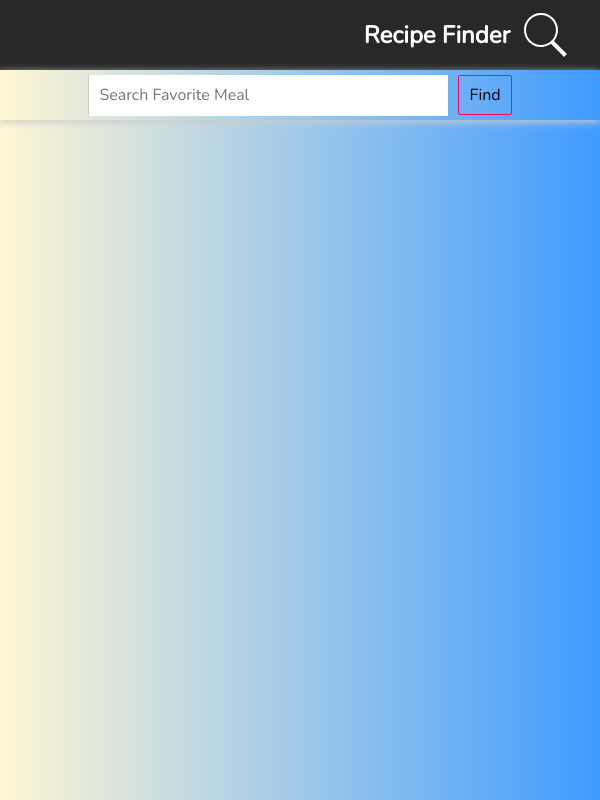
Repository: burntaftermint/recipes
Page: index.html
The author's editor kept a copy of each file at every save. The page is drawn from the files as they stood at one save, then again after the next save.
The browser window is 600 px wide. The pictures show the whole page.
The page's requests for data from a server got no answer.

Above is the page before, as saved 2023-11-07 03:37:16.

### index.html
<!DOCTYPE html>
<html lang="en">
<head>
    <meta charset="UTF-8">
    <meta name="viewport" content="width=device-width, initial-scale=1.0">
    <title>Recipe Finder</title>
    <link rel="stylesheet" href="style.css">
    <script src="app.js" defer></script>
</head>
<body>
    <header>
        <h2>Recipe Finder</h2>
        <img src="images/search.svg" alt="Search">
    </header>
    <section class="container">
        <div id="loading"></div>
        <div class="search">
            <input id="txtSearch" type="text" placeholder="Search Favorite Meal" autofocus>
            <button class="btn">Find</button>
        </div>
        <div id="recipe-container">

</div>
    </section>
</body>
</html>

### style.css
@import url('https://fonts.googleapis.com/css2?family=Architects+Daughter&family=Kumbh+Sans:wght@400;700&family=Montserrat:ital,wght@0,100;0,200;0,300;0,400;0,500;0,600;0,700;0,800;0,900;1,100;1,200;1,300;1,400;1,500;1,600;1,700;1,800;1,900&family=Nunito&family=Roboto:wght@300&family=Rubik:wght@400;500;600;700;800&display=swap');
:root {
    --light-color: #fff;
    --dark-color: #282828;
    --header-height: 70px;
    --search-height: 50px;
    --border-color: #ccc;
}
* {
    margin: 0;
    padding: 0;
    box-sizing: border-box;
    font-family: 'Nunito', sans-serif;
}

body {
    height: 100vh;
    width: 100vw;
    background: linear-gradient(to right, #fff6d4, #3f9bfe);
    overflow: hidden;
}

.container {
    text-align: center;
    height: calc(100vh - var(--header-height));
}

header {
    height: var(--header-height);
    background: var(--dark-color);
    display: flex;
    align-items: center;
    justify-content: flex-end;
    color: var(--light-color);
    gap: 10px;
    padding-right: 30px;
}

header img {
    filter: invert(1);
}

.search {
    display: flex;
    justify-content: center;
    align-items: center;
    height: var(--search-height);
    gap: 10px;
    box-shadow: 0px 2px 8px 0px var(--border-color);
}

.search input[type="text"] {
    padding: 8px 10px;
    line-height: 1.5;
    font-size: 1rem;
    border: none;
    border-left: 1px solid var(--border-color);
    border-bottom: 1px solid transparent;
    outline: none;
    transition: all 200ms ease-in-out;
    width: 60%;

}

.search input[type="text"] :focus {
    border-left-color: transparent;
    border-bottom-color: var(--border-color);
    width: 61%;
}

.btn {
    padding: 8px 10px;
    background: transparent;
    border-radius: 2px;
    user-select: none;
    font-size: 1rem;
    border: 1px solid #ff005d;
    cursor: pointer;
}

.btn:hover {
    background: #ff005d;
    border-color: var(--light-color);
}

#recipe-container {
    display: flex;
    justify-content: center;
    align-items: flex-start;
    flex-wrap: wrap;
    height: calc(100vh - (var(--header-height) + var(--search-height) + 20px));
    overflow: hidden;
    overflow-y: auto;
}

.recipe {
    height: 300px;
    width: 300px;
    padding: 8px;
    box-shadow: 0px 0px 8px 2px #282828;
    margin: 20px;
    transition: all 200ms ease-in-out;
    border-radius: 4px 4px 0px 0px;

}

.recipe-title {
    height: 70px;
    display: flex;
    align-items: center;
    justify-content: center;
    font-size: 1rem;
    padding: 5px;
}

.recipe-image {
    height: 210px;
}

.recipe-image img {
    height: 100%;
    width: 100%;
}

.recipe-text {
    height: 0px;
    visibility: hidden;
    opacity: 0;
    transition: all 200ms ease-in-out;
    background: #ccc;
    margin-top: 20px;
    overflow: hidden;
    overflow-y: auto;
    transform: scale(.8);
    transform-origin: top left;
}

.recipe-text ul {
    list-style-type: circle;
    list-style-position: inside;
    text-align: left;
    padding: 5px;
}

.recipe-text ul > li {
    padding: 5px;
}

.recipe:hover .recipe-text {
    height: 120px;
    visibility: visible;
    opacity: 1;
    transform: scale(1);
}

.recipe:hover{
    height: 440px;
}

::selection {
    color: var(--light-color);
    background: rgb(177, 33, 249);
}

#loading {
    background: url(images/Spinnercolor.gif) no-repeat center center;
    position: absolute;
    width: 100%;
    height: 100%;
    z-index: 999;
}

.hide {
    display: none;
}

@media only screen and (max-width: 700px) {
    body{
        background: linear-gradient(to right, #fff6d4, #3f9bfe);
    }
    .recipe {
        width: 350px;
    }
}

### app.js
const appId = "4b9421ae";
const appKey = "bbff63d7d53d545896d77f31eca36816";
const baseUrl = `https://api.edamam.com/api/recipes/v2?type=public&app_id=${appId}&app_key=${appKey}`;
const recipeContainer = document.querySelector("#recipe-container");
const txtSearch = document.querySelector("#txtSearch");
const btnFind = document.querySelector(".btn");
const loadingEle = document.querySelector("#loading");

btnFind.addEventListener("click", () => loadRecipes(txtSearch.value));

txtSearch.addEventListener("keyup", (e) => {
    const inputVal = txtSearch.value;
    if (e.keyCode === 13) {
        loadRecipes(inputVal);
    }
});

const toggleLoad = (element, isShow) => {
    element.classList.toggle("hide", isShow);
}
const setScrollPosition = () => {
    recipeContainer.scrollTo({ top:0, behavior: "smooth" });
}
function loadRecipes(type="panner") {
    toggleLoad(loadingEle, false)
    const url=baseUrl+ `&q=${type}`;
    fetch(url)
    .then((res) => res.json())
    .then((data) => {
        renderRecipes(data.hits);
        toggleLoad(loadingEle, true);
    })
    .catch((error) => toggleLoad(loadingEle, true))
    .finally(() => setScrollPosition());
}
loadRecipes();

const getRecipeStepsStr = (ingredientLines = []) => {
    let str = "";
    for(var step of ingredientLines) {
        str = str + `<li>${step}</li>`;
    }
    return str;
};

const renderRecipes = (recipeList=[]) => {
    recipeContainer.innerHTML = "";
    recipeList.forEach((recipeObj) => {
            const {
                label: recipeTitle,
                 ingredientLines,
                  image:recipeImage
                } = recipeObj.recipe;
                const recipeStepsStr = getRecipeStepsStr(ingredientLines);
        const htmlStr = `<div class="recipe">
                <div class="recipe-title">${recipeTitle}</div>
                <div class="recipe-image">
                    <img src="${recipeImage}" alt="Recipe">
                </div>


        <div class="recipe-text">
            <ul>
                ${recipeStepsStr}
            </ul>
        </div>
    </div>`;
    recipeContainer.insertAdjacentHTML("beforeend", htmlStr);
    })
}

After the next save:
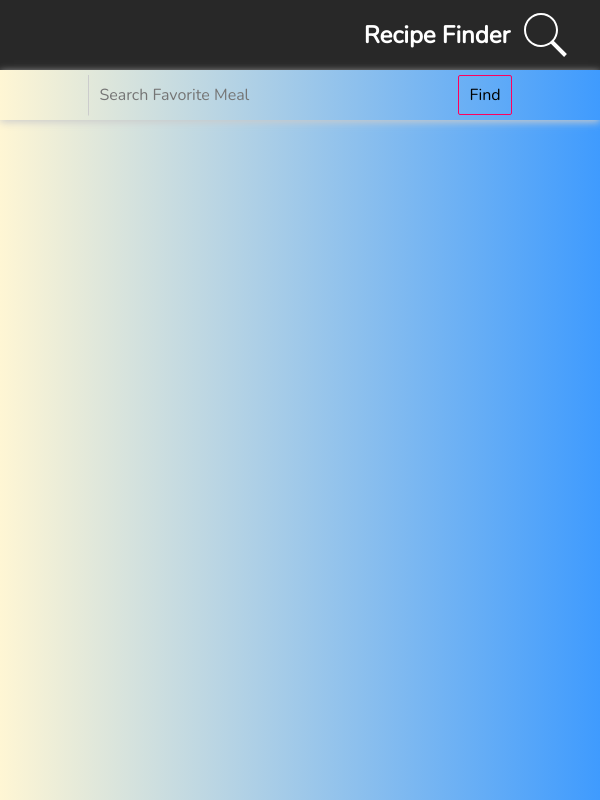
Saved 78 s later.
--- a/style.css
+++ b/style.css
@@ -181,4 +181,9 @@ header img {
     .recipe {
         width: 350px;
     }
+
+    input[type="text"] {
+        background: transparent;
+        color: var(--light-color);
+    }
 }
